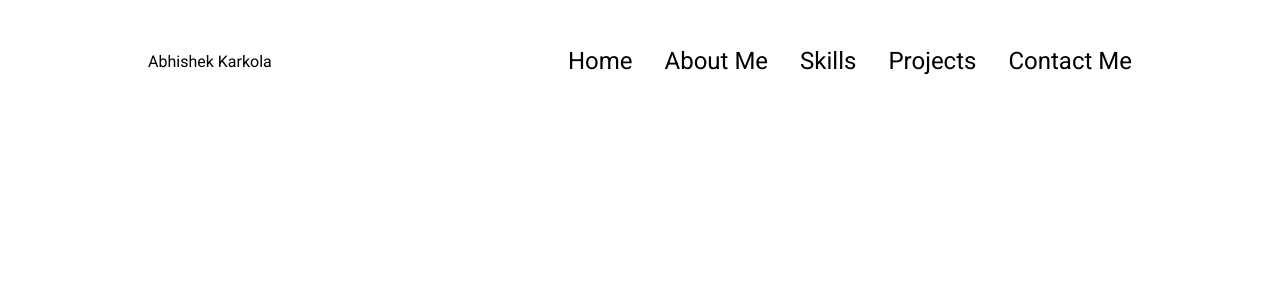
Repository: APersonalVoyage/APersonalVoyage.github.io
Page: index.html
These files come from the project's save history. The page is drawn as it stood at one moment and after the next save; the edit follows.
The browser window is 1280 px wide. The pictures show the whole page.

Above is the page before, as saved 2023-08-23 17:22:03.

After the next save:
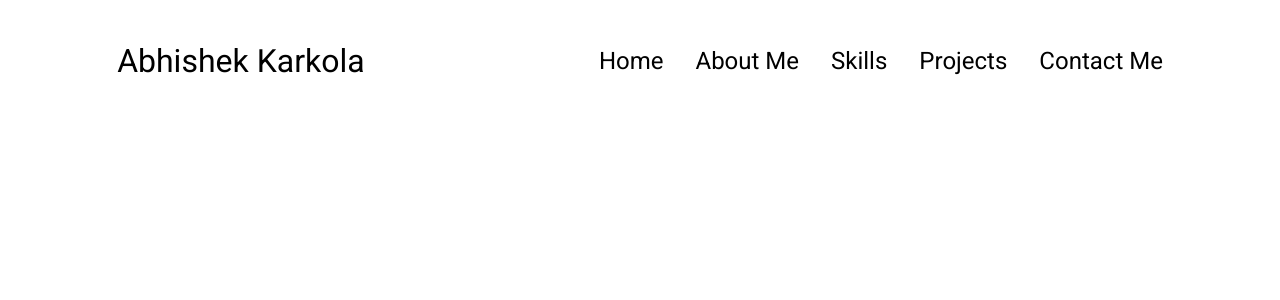
Saved 86 s later.
--- a/style.css
+++ b/style.css
@@ -59,3 +59,11 @@ a:hover{
     text-underline-offset: 1rem;
     text-decoration-color: rgb(181, 181, 181);
 }
+
+.logo{
+    font-size: 2rem;
+}
+
+.logo:hover{
+    cursor:default;
+}
